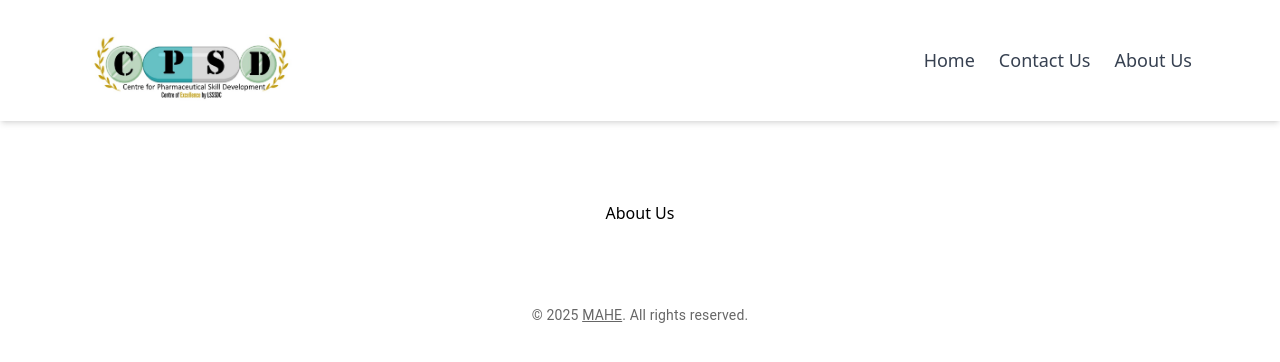
Repository: vigneshcj001/Human-to-Animal-Dose-Calculator
Page: /aboutus
An editor plug-in stored every save of this project. The page is shown before and after the next save, followed by the edit.
The browser window is 1280 px wide. The pictures show the whole page.
The project was rebuilt for these pictures with package versions that can differ from the ones it lists, and the page was loaded fresh each time. Also part of the build but not shown: src/Components/InputForm.jsx, src/Components/ResultsTable.jsx, src/Components/Body.js, src/Utils/const.js, src/Hooks/useContactForm.js, src/Components/ContactUs.js, src/Components/Error.js, src/Components/ErrorWrapper.js.

Above is the page before, as saved 2025-01-31 18:08:35.

### index.html
<!DOCTYPE html>
<html lang="en">
<head>
    <meta charset="UTF-8">
    <meta name="viewport" content="width=device-width, initial-scale=1.0">
    <link rel="stylesheet" href="./index.css"/>
    <title>H2A</title>
</head>
<body>
    <div id="root">
        <h1>Not Rendered</h1>
    </div>
    <script type="module" src="./App.js"></script>
</body>
</html>

### App.js
import React from "react";
import ReactDOM from "react-dom/client";
import Header from "./src/Components/Header";
import Body from "./src/Components/Body";
import ContactUs from "./src/Components/ContactUs";
import AboutUs from "./src/Components/AboutUs";
import ErrorWrapper from "./src/Components/ErrorWrapper";
import Copyright from "./src/Components/Copyright";
import "./index.css";
import { createBrowserRouter, Outlet, RouterProvider } from "react-router-dom";
const App = () => {
  return (
    <div>
      <Header />
      <Outlet />
      <Copyright/>
    </div>
  );
};
const appRouter = createBrowserRouter([
  {
    path: "/",
    element: <App />,
    errorElement: <ErrorWrapper />,
    children: [
      {
        path: "/",
        element: <Body />,
      },
      {
        path: "/contactus",
        element: <ContactUs />,
      },
      {
        path: "/aboutus",
        element: <AboutUs />,
      }
    ],
  },
]);
const root = ReactDOM.createRoot(document.getElementById("root"));
root.render(<RouterProvider router={appRouter} />);

### src/Components/Header.js
import { Link } from "react-router-dom";
import H2ALOGO from "../../images/logo.jpg";

const Header = () => {
  const navItems = [
    { to: "/", label: "Home" },
    { to: "/contactus", label: "Contact Us" },
    { to: "/aboutus", label: "About Us" },
  ];

  return (
    <header className="sticky top-0 z-50 bg-white shadow-md">
      <div className="max-w-6xl mx-auto px-6 py-4 flex justify-between items-center">
        {/* Logo */}
        <Link to="/" className="text-blue-600 font-bold text-2xl w-4/12">
          <img src={H2ALOGO} className="w-52" />{" "}
          {/* Reduce logo size by adding a width class */}
        </Link>
        {/* Navigation */}
        <nav>
          <ul className="flex space-x-6">
            {navItems.map((item) => (
              <li key={item.to}>
                <Link
                  to={item.to}
                  className="text-gray-700 font-medium text-lg transition-colors duration-300 hover:text-blue-600 focus:text-blue-600"
                >
                  {item.label}
                </Link>
              </li>
            ))}
          </ul>
        </nav>
      </div>
    </header>
  );
};

export default Header;

### src/Components/AboutUs.js
const AboutUs = () => {
  return (
    <div>
      <h1 className="m-10 p-10 text-center">About Us</h1>
    </div>
  );
};
export default AboutUs;

### src/Components/Copyright.js
import React from "react";
import { Typography, Link } from "@mui/material";

const Copyright = () => (
  <Typography variant="body2" color="textSecondary" align="center">
    © {new Date().getFullYear()}{" "}
    <Link color="inherit" href="https://www.manipal.edu/mcops-manipal.html">
      MAHE
    </Link>
    . All rights reserved.
  </Typography>
);

export default Copyright;

### tailwind.config.js
module.exports = {
  content: [
    "./src/**/*.{js,jsx,ts,tsx}", // Adjust according to your file structure
    "./public/index.html",
  ],
  theme: {
    extend: {},
  },
  plugins: [],
};

Loaded but not shown: index.css (common file)

After the next save:
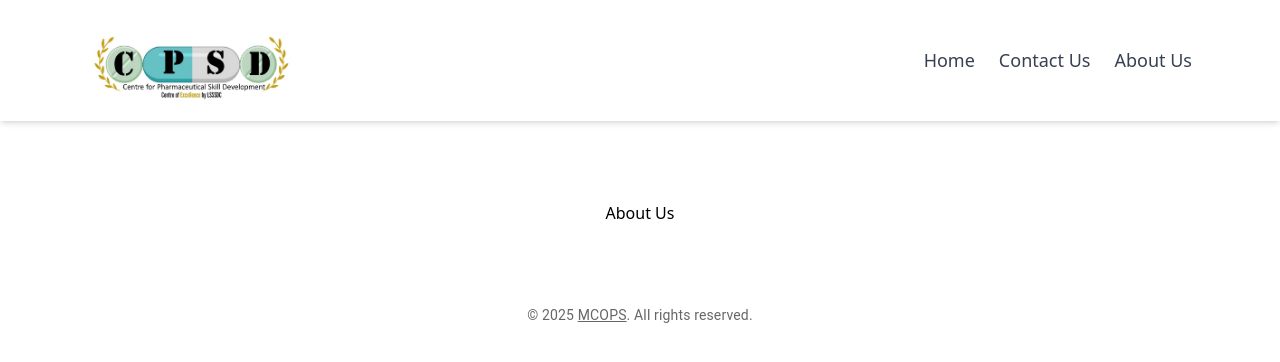
Saved 2 min 24 s later.
--- a/src/Components/Copyright.js
+++ b/src/Components/Copyright.js
@@ -5,7 +5,7 @@
   <Typography variant="body2" color="textSecondary" align="center">
     © {new Date().getFullYear()}{" "}
     <Link color="inherit" href="https://www.manipal.edu/mcops-manipal.html">
-      MAHE
+      MCOPS
     </Link>
     . All rights reserved.
   </Typography>
